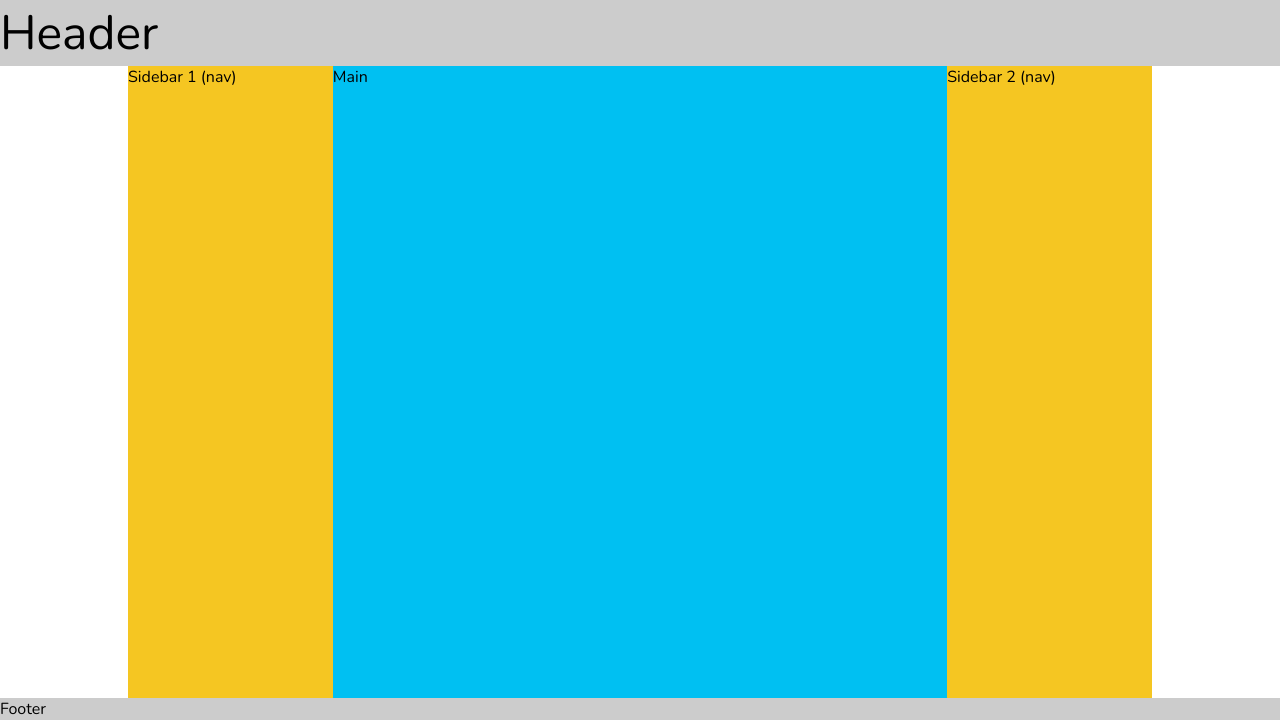
Repository: mariocapitbrok/css-combining-grid-and-flexbox-0105
Page: index.html
These files come from the project's save history. The page is drawn as it stood at one moment and after the next save; the edit follows.
The browser window is 1280 px wide. The pictures show the whole page.

Above is the page before, as saved 2022-10-06 17:06:17.

### index.html
<!DOCTYPE html>
<html lang="en">
<head>
    <meta charset="UTF-8">
    <meta name="viewport" content="width=device-width, initial-scale=1.0">
    <title>Basic responsive layout</title>
    <link rel="stylesheet" href="styles/base.css" type="text/css">
</head>
<body>
    <header>Header</header>
    <main>
        <article class="main">Main</article>
        <aside class="sidebar1">Sidebar 1 (nav)</aside>
        <aside class="sidebar2">Sidebar 2 (nav)</aside>
    </main>
    <footer>Footer</footer>
</body>
</html>

### styles/base.css
@import url('https://fonts.googleapis.com/css2?family=Nunito:ital,wght@0,300;0,400;0,700;0,900;1,600&display=swap');

* {
    margin: 0;
    padding: 0;
    font-family: 'Nunito', sans-serif;
    box-sizing: border-box;
}

body {
    display: flex;
    flex-direction: column;
    min-height: 100vh;
}

header {
    background-color: #CCC;
    font-size: 3em;
}

footer {
    background-color: #CCC;
}

main {
    display: flex;
    flex-direction: column;
    flex:1
}

article.main {
    background-color: #00C0F2;
    flex:1;
}

aside {
    background-color: #F5C622;
}

@media (min-width: 768px) {
    main {
        width: 80%;
        margin: 0 auto;
        flex-direction: row;
    }

    aside {
        flex: 0 0 20%;
    }

    .sidebar1 {
        order: -1;
    }

}

After the next save:
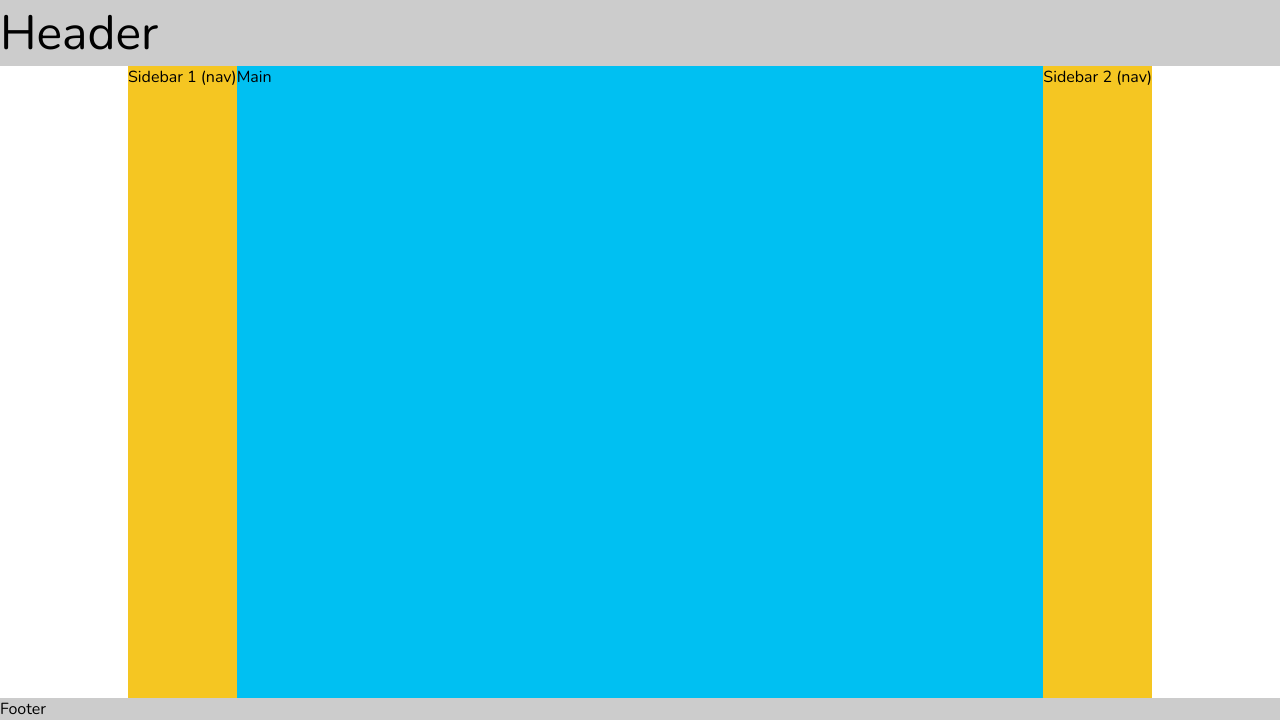
Saved 9 s later.
--- a/styles/base.css
+++ b/styles/base.css
@@ -45,7 +45,7 @@
     }
 
     aside {
-        flex: 0 0 20%;
+        flex: 10% 0 20%;
     }
 
     .sidebar1 {

After the save that followed:
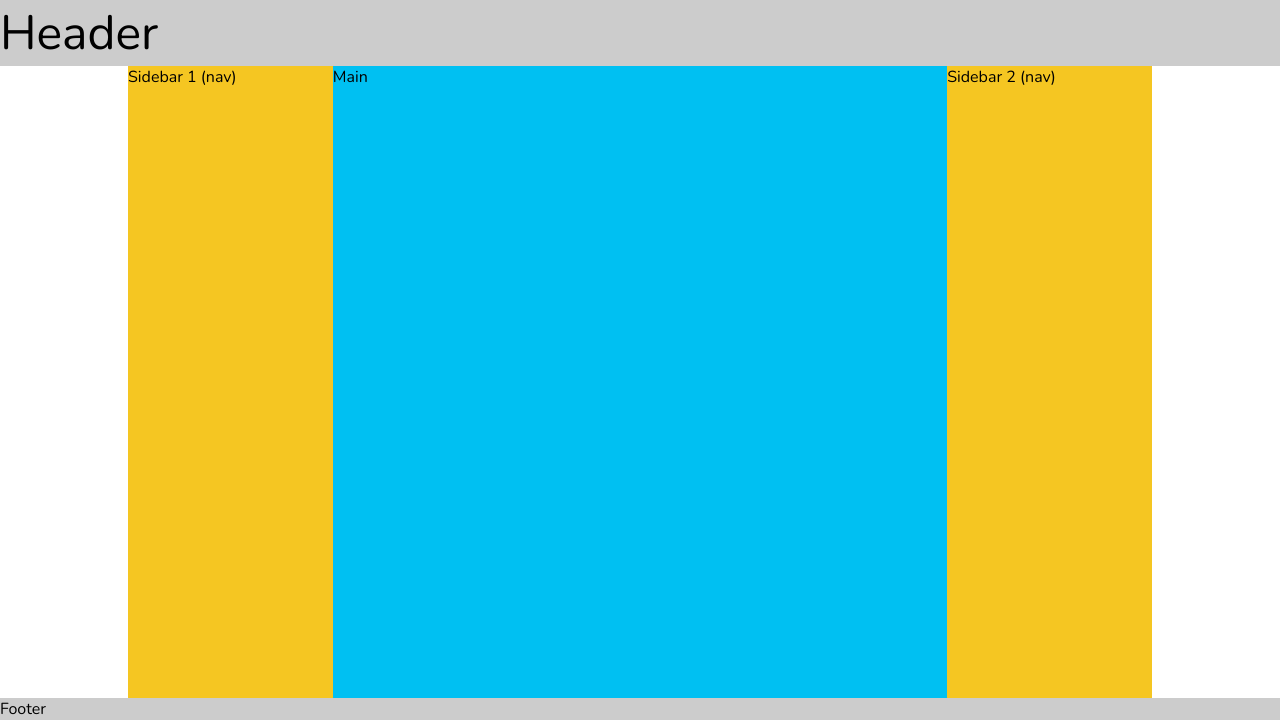
Saved 11 s later.
--- a/styles/base.css
+++ b/styles/base.css
@@ -45,7 +45,7 @@
     }
 
     aside {
-        flex: 10% 0 20%;
+        flex: 0 0 20%;
     }
 
     .sidebar1 {
